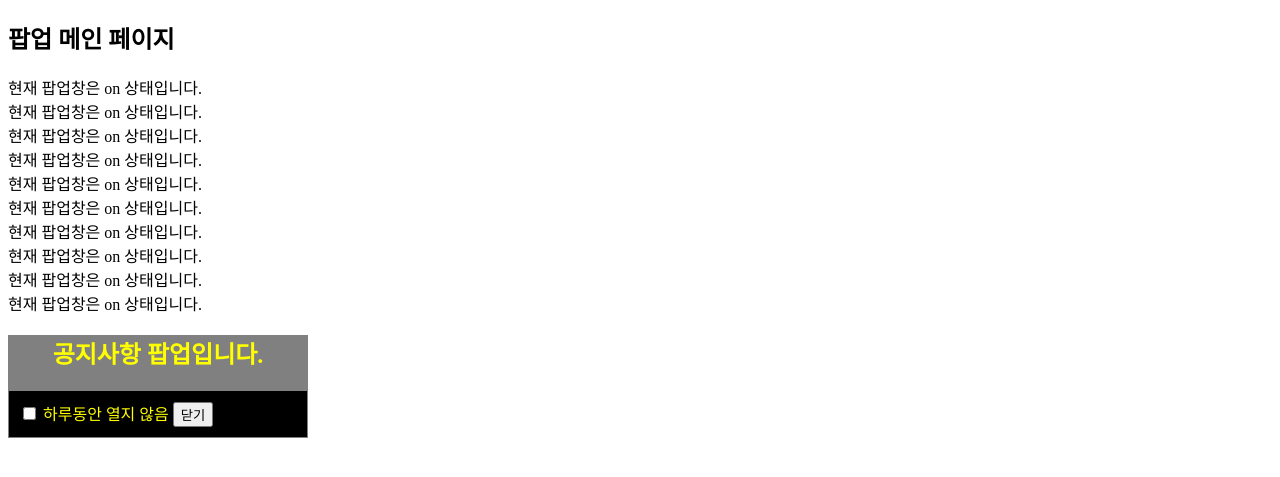
Repository: Motibidu/JSP_Servlet
Page: http://localhost/MushHaveJsp/04Cookie/PopupMain.jsp
The author's editor kept a copy of each file at every save. The page is drawn from the files as they stood at one save, then again after the next save.
The browser window is 1280 px wide. The pictures show the whole page.
The page is served by Tomcat 10.

Above is the page before, as saved 2025-05-07 05:50:03.
Console error: SyntaxError: missing ) after argument list

After the next save:
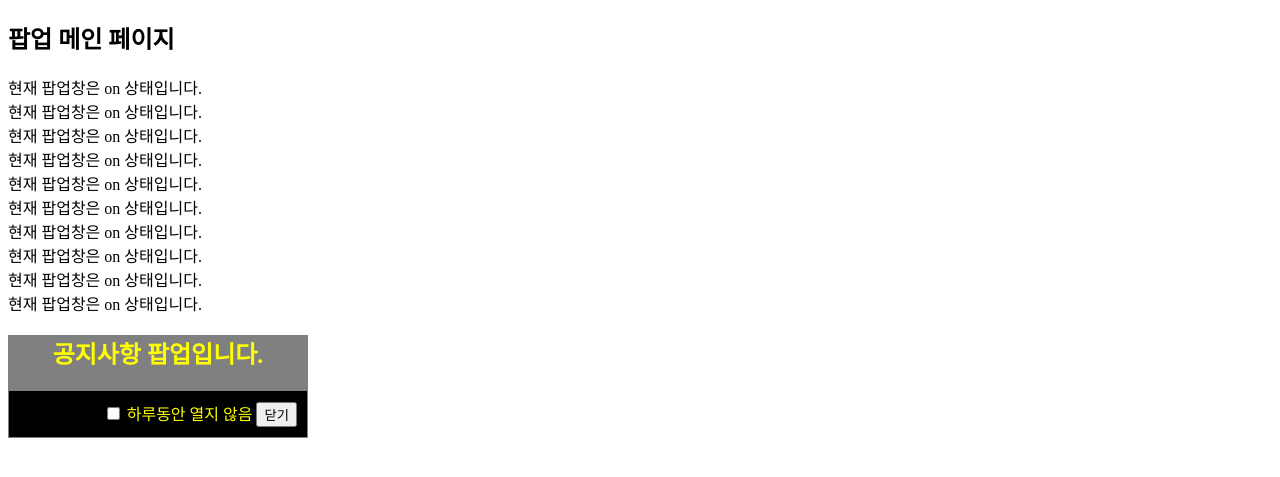
Saved 19 s later.
--- a/MushHaveJsp/src/main/webapp/04Cookie/PopupMain.jsp
+++ b/MushHaveJsp/src/main/webapp/04Cookie/PopupMain.jsp
@@ -72,7 +72,7 @@ div#popup>div {
 	%>
 		<div id= "popup">
 			<h2 align= "center">공지사항 팝업입니다.</h2>
-			<div aling= "right"><form name="popFrm">
+			<div align= "right"><form name="popFrm">
 				<input type="checkbox" id="inactiveToday" value="1"/>
 				하루동안 열지 않음
 				<input type="button" value="닫기" id="closeBtn"/>
